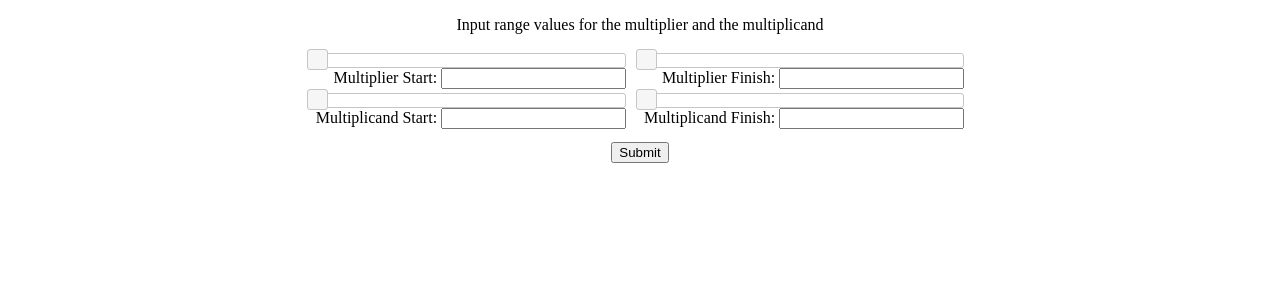
Repository: khrasna/HW4Part2
Page: index.html
The author's editor kept a copy of each file at every save. The page is drawn from the files as they stood at one save, then again after the next save.
The browser window is 1280 px wide. The pictures show the whole page.
Some web libraries are served in a nearby version.

Above is the page before, as saved 2021-11-13 16:26:16.

### index.html
<!-- HTML file for Assignment 3
By Karsten Hrasna  email Karsten_Hrasna@student.uml.edu-->
<!DOCTYPE html>
<html>

<head>
    <title>Multiplication Table</title>
    <link rel="stylesheet" href="style.css">
    <script src="https://ajax.googleapis.com/ajax/libs/jquery/3.5.1/jquery.min.js"></script>
    <script src="dist/jquery.validate.min.js"></script>
    <script src="formvalidate.js"></script>
    <script src="https://ajax.googleapis.com/ajax/libs/jqueryui/1.11.4/jquery-ui.min.js"></script>
    <link rel="stylesheet" href="https://ajax.googleapis.com/ajax/libs/jqueryui/1.11.4/themes/smoothness/jquery-ui.css">
</head>

<body>
    <p>Input range values for the multiplier and the multiplicand</p>
    <div id="container">
        <!-- Learned from W3schools. Creates a form which takes number ranges for multiplier and multiplicand. -->

        <form id="FormInput" action="javascript:void(0);" method="get"> <!--Learned about javascript:void(0) from Dutchie432 at https://stackoverflow.com/questions/1818249/form-with-no-action-and-where-enter-does-not-reload-page-->
            <table>
                <tr>

                    <td class="pad">
                        <div id="slider-1"></div>
                        Multiplier Start: <input input="text" name="MultiplierStart">
                    </td>

                    <td>
                        <div id="slider-2"></div>
                        Multiplier Finish: <input type="text" name="MultiplierFinish">
                    </td>
                </tr>
                <tr>
                    <td class="pad">
                        <div id="slider-3"></div>
                        Multiplicand Start: <input type="text" name="MultiplicandStart">
                    </td>

                    <td>
                        <div id="slider-4"></div>
                        Multiplicand Finish: <input type="text" name="MultiplicandFinish">
                    </td>
                </tr>
            </table>
            <input type="submit" value="Submit"> <!--goes directly under form and processes the input to create a mult table-->
        </form>
    </div>


</body>

</html>

### style.css
/*Created by Karsten Hrasna. email: Karsten_Hrasna@student.uml.edu*/
html,
body {
    height: 97%;
    text-align: center;
}

#slider-1,
#slider-2,
#slider-3,
#slider-4 {
    margin: 0px;
}

div#container {
    display: grid;
    grid-template-columns: 100%;
    /* top row of grid holds the form for input, the rest of page holds the multiplication table*/
    grid-template-rows: minmax(90px, 15%) auto;
    height: 97%;

}

#multTable {
    margin: auto;
    border-collapse: separate;
    border-spacing: 0;
    grid-row: 2;
    /*the dynamically sized multiplication table */
    margin-top: 0px;
    border-bottom: 0px;

}

input[type=submit] {
    /* submit button under form spaced here */
    margin-top: 10px;
    margin-bottom: 0px;
}

#multTable td,
th {
    border: solid;
    border-color: black;
    min-width: 70px;
    font-size: 30px;
    height: 70px;
}


#multTable th {
    position: sticky;
    top: 0px;
    border-right: solid;
    border-right-color: white;
    border-bottom: solid;
    border-bottom-color: white;
    background-color: black;
    color: white;

}

#multTable th:first-child {
    position: sticky;
    top: 70px;
    left: 0;
}


.sticky {
    position: fixed;
    top: 0px;
    /* get the headers to stay fixed on mult table */
    width: 100%;
}

#multTable tr:first-child th:first-child {
    border: none;
    background-color: white;
}

#multTable p.inputError {
    margin: 0px;
}

form {
    grid-row: 1;
    margin-bottom: 0px;
}

table {
    margin-left: auto;
    margin-right: auto;
}

form td {
    text-align: right;
    justify-content: right;

    /*line up the input form textboxes*/
}

form p {
    margin: 0px;
}

td.pad {
    padding-right: 15px;
}

### formvalidate.js
$(function () {

    $("#slider-1").slider();
    $("#slider-2").slider();
    $("#slider-3").slider();
    $("#slider-4").slider();

    $.validator.addMethod("less", function (value, element, params) {
        return this.optional(element) || value <= params[0].value; //checks to make sure that the starts are less than the finishes, learned from
    });                                                           // https://jqueryvalidation.org/jQuery.validator.addMethod/

    var valid = $('input[value="Submit"]').on("click", function () {
        $("#multTable").remove();

        $("#FormInput").validate({
            onkeyup: false,     //this makes it so the validator doesnt update the error messages whenever new input is typed. only validates when submit is hit.
            onfocusout: false,  //learned about onkeyup, and onfocusout at https://www.sitepoint.com/jquery-validation-validate-form-submit/
            rules: {
                MultiplierStart: {
                    digits: true,
                    less: $('input[name="MultiplierFinish"]'),
                    required: true,
                    range: [-50, 50]
                },
                MultiplierFinish: {
                    required: true,
                    digits: true,
                    range: [-50, 50]
                },

                MultiplicandStart: {
                    digits: true,
                    less: $('input[name="MultiplicandFinish"]'),
                    required: true,
                    range: [-50, 50]
                },

                MultiplicandFinish: {
                    digits: true,
                    required: true,
                    range: [-50, 50]
                }
            },

            messages: {
                MultiplierStart: {
                    digits: "Multiplier Start must be a digit",
                    required: "Multiplier Start must be a digit between -50 and 50",
                    range: "The range of Multiplier Start must stay within -50 and 50",
                    less: "The value of Multiplier Start must be less than or equal to Multiplier Finish."
                },

                MultiplierFinish: {
                    digits: "Multiplier Finish must be a digit",
                    required: "Multiplier Finish must be a digit between -50 and 50",
                    range: "The range of Multiplier Finish must stay within -50 and 50",
                },

                MultiplicandStart: {
                    digits: "Multiplicand Start must be a digit",
                    required: "Multiplicand Start must be a digit between -50 and 50",
                    range: "The range of Multiplicand Start must stay within -50 and 50",
                    less: "The value of Multiplicand Start must be less than or equal to Multiplicand Finish."
                },

                MultiplicandFinish: {
                    digits: "Multiplicand Finish must be a digit",
                    required: "Multiplicand Finish must be a digit between -50 and 50",
                    range: "The range of Multiplicand Finish must stay within -50 and 50",
                }
            },

            errorPlacement: function (error, element) {
                $(error).appendTo($(('#FormInput')));
            },
            errorElement: "p"

        });

        if ($("#FormInput").valid()) {
            process();
        }

    });

});

function process() {
    debugger;
    var multStart = $('input[name="MultiplierStart"]').val();
    var multFinish = $('input[name="MultiplierFinish"]').val();
    var multiplicandStart = $('input[name="MultiplicandStart"]').val();
    var multiplicandFinish = $('input[name="MultiplicandFinish"]').val();


    if (document.getElementById("multTable")) { //remove old table
            var old = document.getElementById("multTable");
            old.remove();
    };

     //clear old table and create a table with size based on input given
        const top = [];
        const left = []; //these will hold the values of the multiplier and multiplicand
        var rows = multFinish - multStart;
        var cols = multiplicandFinish - multiplicandStart;
        var d = document.getElementById("container");
        for (var i = 0; i <= rows; i++) {
            left[i] = (+multiplicandStart + +i); //the + before variable name turns them into integers for addition
        }
        for (var i = 0; i <= cols; i++) {
            top[i] = (+multStart + +i);
        }
        var table = createTable(rows, cols, top, left); //create table based on total rows and cols, and top and left are the sets of multipliers and multiplicands
        table.id = "multTable";
        d.append(table);
}

function createTable(rows, cols, top, left) {
    var t = document.createElement('table');
    for (var x = 0; x <= rows + 1; x++) { // rows and cols + 1 to indicate ranges of numbers
        var r = document.createElement('tr');
        t.appendChild(r);
        for (var y = 0; y <= cols + 1; y++) {   //creates the cols of the table row by row
            if (x == 0) {
                var c = document.createElement('th'); //create and insert element based on position in table
                c.id = "topHeader";
                if (y != 0) {
                    c.innerHTML = top[y - 1]; // - 1 because it is moved over 1 to the right
                }
            } else if (y == 0) {
                var c = document.createElement('th');
                if (x != 0) {
                    c.innerHTML = left[x - 1];
                }
            } else {
                var c = document.createElement('td');
                c.innerHTML = top[y - 1] * left[x - 1];
                if (((y % 2) + (x % 2)) == 0 || ((y % 2) + (x % 2)) == 2) { // checker board effect
                    c.style.backgroundColor = "gray";
                }

            }
            r.appendChild(c);
        }
    }

    return t;
}

Loaded but not shown: dist/jquery.validate.min.js (library)

After the next save:
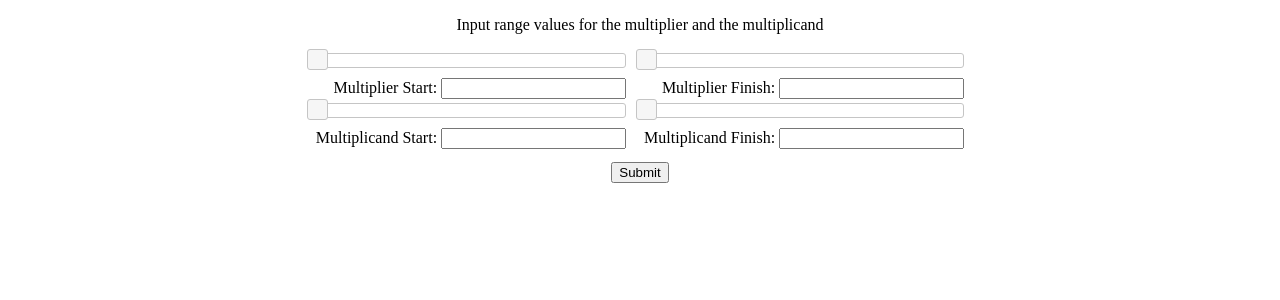
Saved 7 s later.
--- a/style.css
+++ b/style.css
@@ -9,7 +9,7 @@ body {
 #slider-2,
 #slider-3,
 #slider-4 {
-    margin: 0px;
+    margin-bottom: 10px;
 }
 
 div#container {
